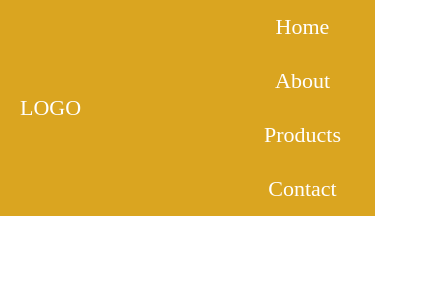
Repository: albayrakfatih/Flex-Navbar
Page: navbar-w-flexbox.html
An editor plug-in stored every save of this project. The page is shown before and after a run of saves, followed by the edit.
The browser window is 375 px wide. The page is 375 px wide, then 447 px, then 375 px, so the pictures cover 447 px, including what lies to the right of the window. The pictures show the whole page.

Above is the page before, as saved 2023-05-09 20:04:32.

### navbar-w-flexbox.html
<!DOCTYPE html>
<html lang="en">
<head>
    <meta charset="UTF-8">
    <meta http-equiv="X-UA-Compatible" content="IE=edge">
    <meta name="viewport" content="width=device-width, initial-scale=1.0">
    <link rel="stylesheet" href="styles.css">
    <title>Navbar With Flexbox</title>
</head>
<body>


    <nav>
        <a href="" class="logo">LOGO</a>
        <ul class="navigation">
            <li><a href="#">Home</a></li>
            <li><a href="#">About</a></li>
            <li><a href="#">Products</a></li>
            <li><a href="#">Contact</a></li>
        </ul>
    </nav>



</body>
</html>

### styles.css
*{
    padding: 0;
    margin: 0;
}

nav{
    display: flex;
    justify-content: space-between;
    background: goldenrod;
    padding: 0 20px;
}



nav a{
    align-self: center;
    text-decoration: none;
    font-size: 22px;
    color: #fff;
}

.navigation{
    list-style-type: none;
    display: flex;
}
.navigation a{
    display: block;
    padding: 14px;
    text-align: center;
}
.navigation a:hover{
    background:  #e8c264;
    border-radius: 50%;

}

@media (max-width:570px){
    .navigation{
        flex-direction: column;
    }

}

After the next 3 saves:
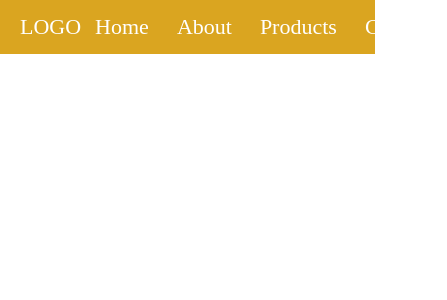
The 3 saves are shown as one change because they came seconds apart.
The last was saved 33 s later.
--- a/styles.css
+++ b/styles.css
@@ -35,6 +35,8 @@
 }
 
 @media (max-width:570px){
+    .na
+
     .navigation{
         flex-direction: column;
     }

After the 2 saves that followed:
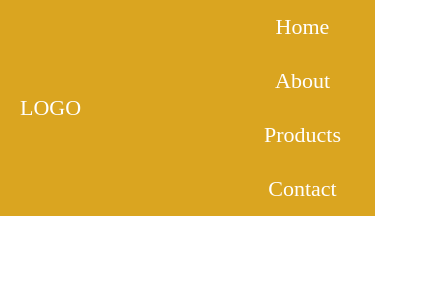
The 2 saves are shown as one change because they came seconds apart.
The last was saved 12 s later.
--- a/styles.css
+++ b/styles.css
@@ -35,7 +35,9 @@
 }
 
 @media (max-width:570px){
-    .na
+    nav{
+
+    }
 
     .navigation{
         flex-direction: column;
